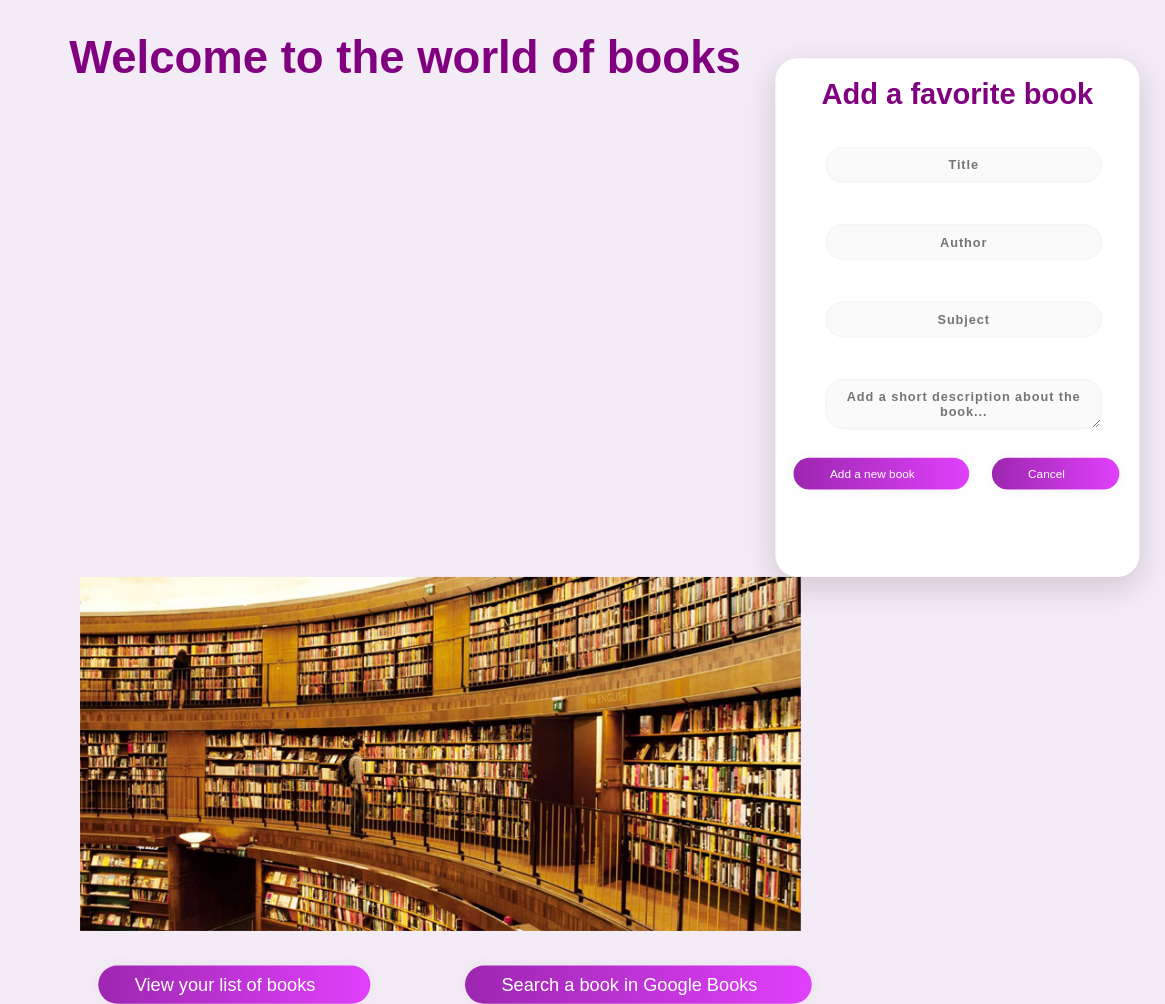
Repository: marinaserbanoiu/Cloud-Computing-Project
Page: server/frontend/index.html
The author's editor kept a record of every edit. The page is drawn from the files as they stood at one moment, then again after the next edit.
The browser window is 1280 px wide. The pictures show the whole page, at 91% of full size.

Above is the page before.

### server/frontend/index.html
<!DOCTYPE html>
<html>
    <head>
        <title>Read many books</title>
    </head>
<style>
        body {
       background-color: #F3EBF6;
        font-family: 'Ubuntu', sans-serif;
    }
    .id{
         background-color: #FFFFFF;
        width: 400px;
        height: 570px;
        float: right;
        margin-top: 30px;
        margin-right: 20px;

        border-radius: 1.5em;
        box-shadow: 0px 11px 35px 2px rgba(0, 0, 0, 0.14);
    }
    .titlu{
   font-size: 25px;
   color: purple;
   margin: 30px;
    }
    img{
            margin-left: 50px;
        }
        .un{
             border: 8px solid rgba(0, 0, 0, 0.18);
             margin-left:55px;
             text-align: center;
                width: 76%;
    color: rgb(38, 50, 56);
    font-weight: 700;
    font-size: 14px;
    letter-spacing: 1px;
    background: rgba(136, 126, 126, 0.04);
    padding: 10px 20px;
   outline:none;
    border-radius: 20px;
    box-sizing: border-box;
    border: 2px solid rgba(0, 0, 0, 0.02);
    margin-bottom: 50px;
    margin-bottom: 27px;
    font-family: 'Ubuntu', sans-serif;
    }
        .submit{
            cursor: pointer;
        border-radius: 5em;
        color: #fff;
        background: linear-gradient(to right, #9C27B0, #E040FB);
        border: 0;
        padding-left: 40px;
        padding-right: 60px;
        padding-bottom: 10px;
        padding-top: 10px;

        font-family: 'Ubuntu', sans-serif;
        margin-left: 5%;
        font-size: 13px;
        box-shadow: 0 0 20px 1px rgba(0, 0, 0, 0.04);
        }
      p{
    text-shadow: 0px 0px 3px rgba(117, 117, 117, 0.12);
       color: #de83ee;
       padding-top: 15px;

       }
       a.lista{
               cursor: pointer;
        border-radius: 5em;
        color: #fff;
        background: linear-gradient(to right, #9C27B0, #E040FB);
        border: 0;
        padding-left: 40px;
        padding-right: 60px;
        padding-bottom: 10px;
        padding-top: 10px;

        font-family: 'Ubuntu', sans-serif;
        box-shadow: 0 0 20px 1px rgba(0, 0, 0, 0.04);
           text-decoration:none;
           margin-left: 100px;
           margin-top: 70px;
           font-size: 20px;
       }
</style>
    <body>



 <div class="id">
     <h1 align="center" style="color:purple;">Add a favorite book</h1>
<form onsubmit="AddBook(event)">
  <input class="un" type="hidden" name="id" id="id" align="center" /><br>
  <input class="un" type="text" name="title" id="title" align="center"/ placeholder="Title"><br />
  <br/>
  <input class="un" type="text" name="author" id="author" align="center" placeholder="Author"><br/>
  <br />
  <input class="un" type="text" name="subject" id="subject" align="center" placeholder="Subject"><br/>
  <br />
  <textarea class="un" name="description" id="description" align="center" placeholder="Add a short description about the book..."></textarea> <br/>
  <input class="submit" type="submit"  value="Add a new book">
  <input class="submit" type="reset"  value="Cancel">
</form>
</div>

<div id="table"></div>
<div class="titlu">
            <h1 align="center"><b>Welcome to the world of books</b></h1>
             <img src="image.jpg" alt="Many Books" align="center">
        </div>
        <br/>
<a  class="lista" href="carte.html">View your list of books</a>
<a  class="lista" href="bb.html">Search a book in Google Books</a>
<script src="https://unpkg.com/axios/dist/axios.min.js"></script>
    <script
    src="https://code.jquery.com/jquery-3.3.1.min.js"
    integrity="sha256-FgpCb/KJQlLNfOu91ta32o/NMZxltwRo8QtmkMRdAu8="
    crossorigin="anonymous"></script>

<script type="text/javascript">


    $(document).ready(function() {
        console.log('Hello from JQuery')
    })
//         function showBooks() {
//     axios.get('/books').then(function(results) {

//         let html = ` <table id="example" style="width:500px;border:1px;">
//                 <tr>
//                     <th>ID</th>
//                     <th>Title</th>
//                     <th>Author</th>
//                     <th>Subject</th>
//                     <th>Description</th>
//                     <th>Actions</th>
//                 </tr>`

//         results.data.forEach(function(element) {
//             html += `<tr>
//                         <td>${element.id}</td>
//                         <td>${element.title}</td>
//                         <td>${element.author}</td>
//                         <td>${element.subject}</td>
//                         <td>${element.description}</td>
//                         <td>
//                             <button onClick="editMessage(${element.id})">Edit</button>
//                             <button onClick="deleteMessage(${element.id})">Delete</button>
//                         </td>
//                     </tr>`
//         })

//         html += `</table>`

//         $('#table').html(html)
//     }).catch(function(error) {
//         console.log(error)
//     })
// }

    function AddBook(event) {
    event.preventDefault()

    let id = $('#id').val()
    let title = $('#title').val()
    let author = $('#author').val()
    let subject = $('#subject').val()
    let description = $('#description').val()
    if(id) {
    axios.put('/books/'+id, {
    title: title,
    author: author,
    subject: subject,
    description: description
}).then(function(result) {
  //showBooks()
    $(event.target).trigger("reset")
}).catch(function(err) {
    alert('Resource could not be saved')
})

    }else {
    axios.post('/books', {
  title: title,
    author:author,
    subject: subject,
    description: description
}).then(function(result) {
  // showBooks()
    $(event.target).trigger("reset")
}).catch(function(err) {
    alert('Resource could not be saved')
})
     }
//showBooks()
}
</script>
    </body>
</html>

After the next edit:
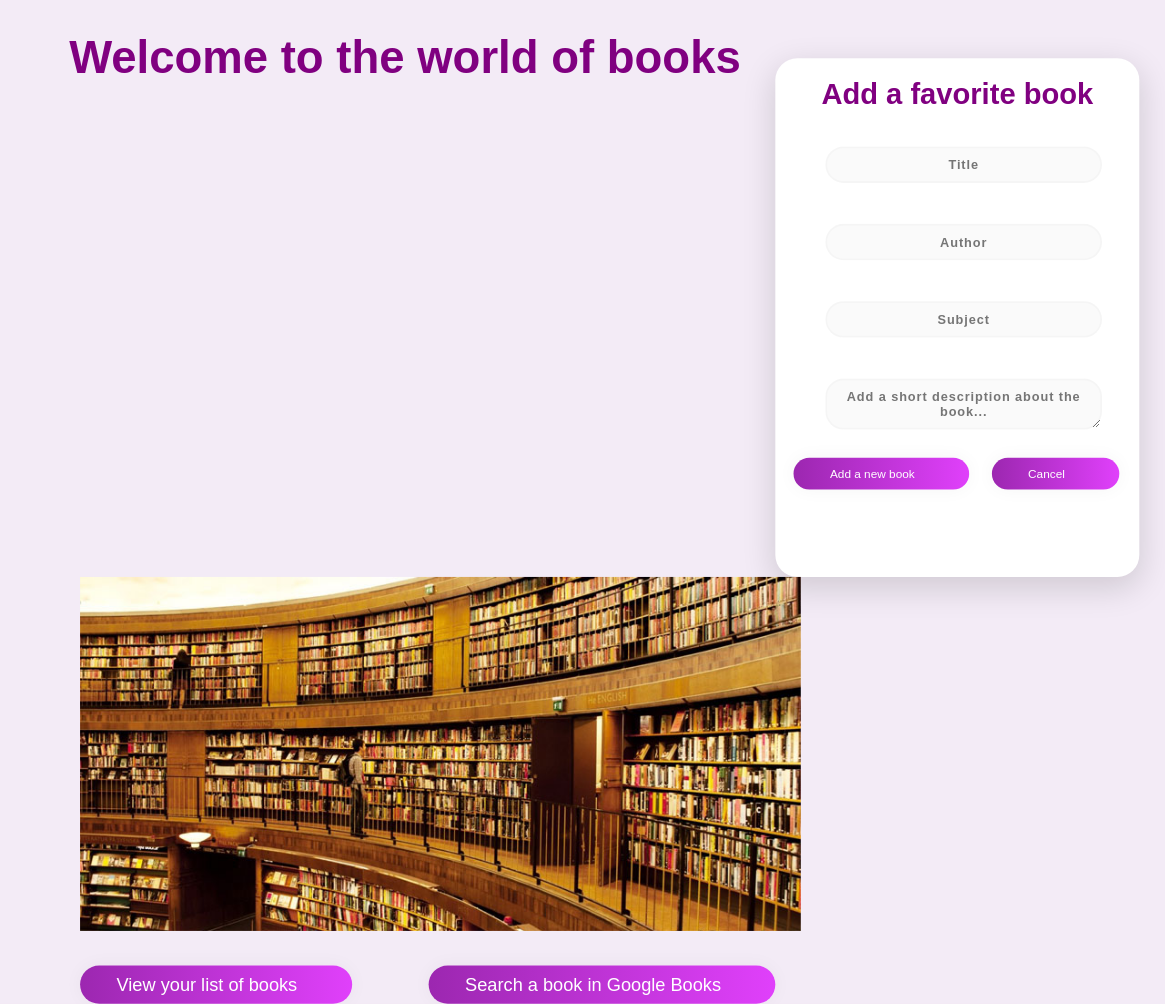
The edit:
--- a/server/frontend/index.html
+++ b/server/frontend/index.html
@@ -82,7 +82,7 @@
         font-family: 'Ubuntu', sans-serif;
         box-shadow: 0 0 20px 1px rgba(0, 0, 0, 0.04);
            text-decoration:none;
-           margin-left: 100px;
+           margin-left: 80px;
            margin-top: 70px;
            font-size: 20px;
        }
